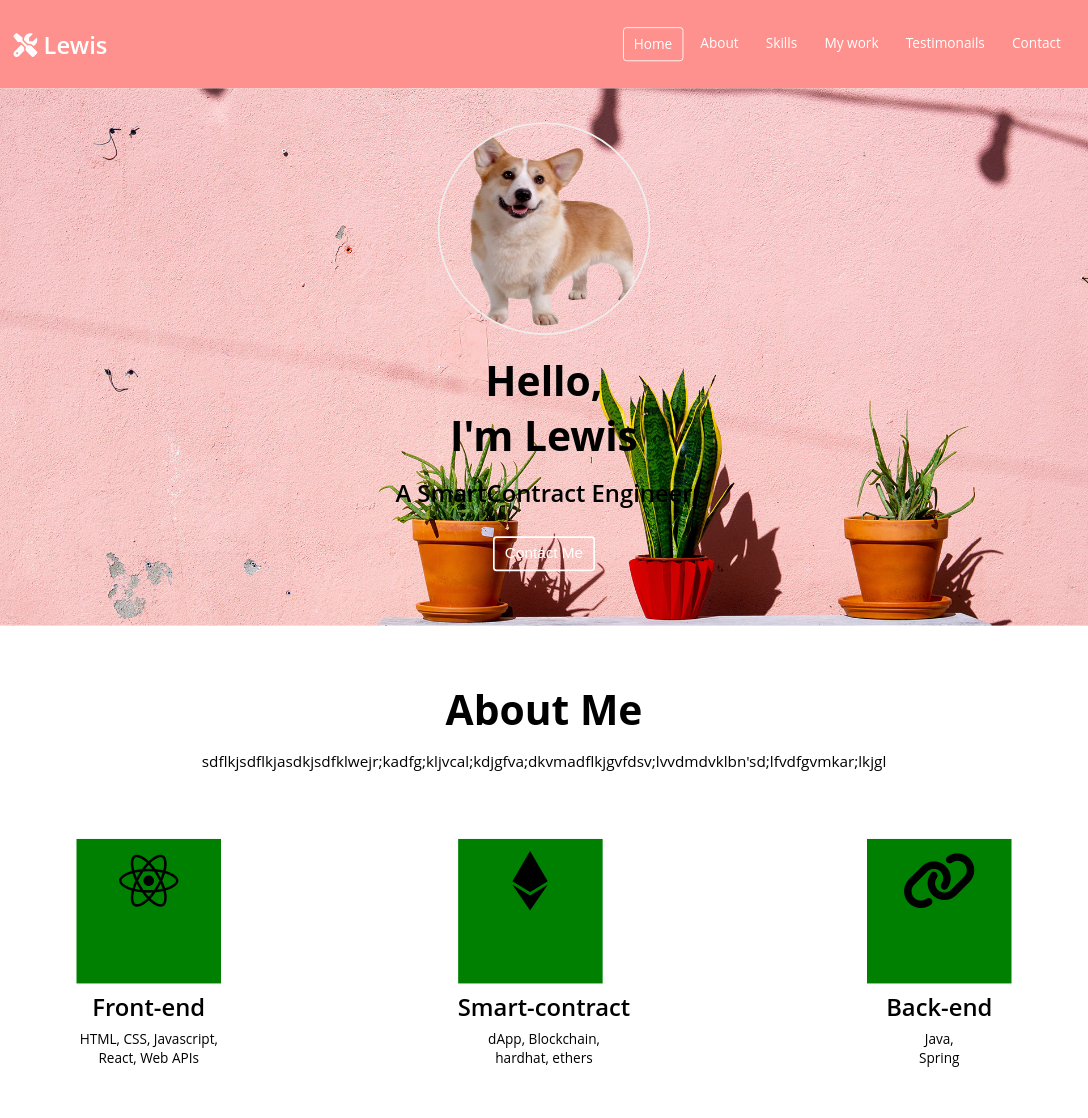
Repository: woojinShim/woojinShim.github.io
Page: index.html
The author's editor kept a copy of each file at every save. The page is drawn from the files as they stood at one save, then again after the next save.
The browser window is 1280 px wide. The pictures show the part of the page from y = 0 to 1315 px (the page is 7310 px tall), at 85% of full size.
A picture or video elsewhere on the page could not be fetched, so the positions and the page height are approximate. Some web libraries are served in a nearby version.

Above is the page before, as saved 2022-03-08 19:07:18.

After the next save:
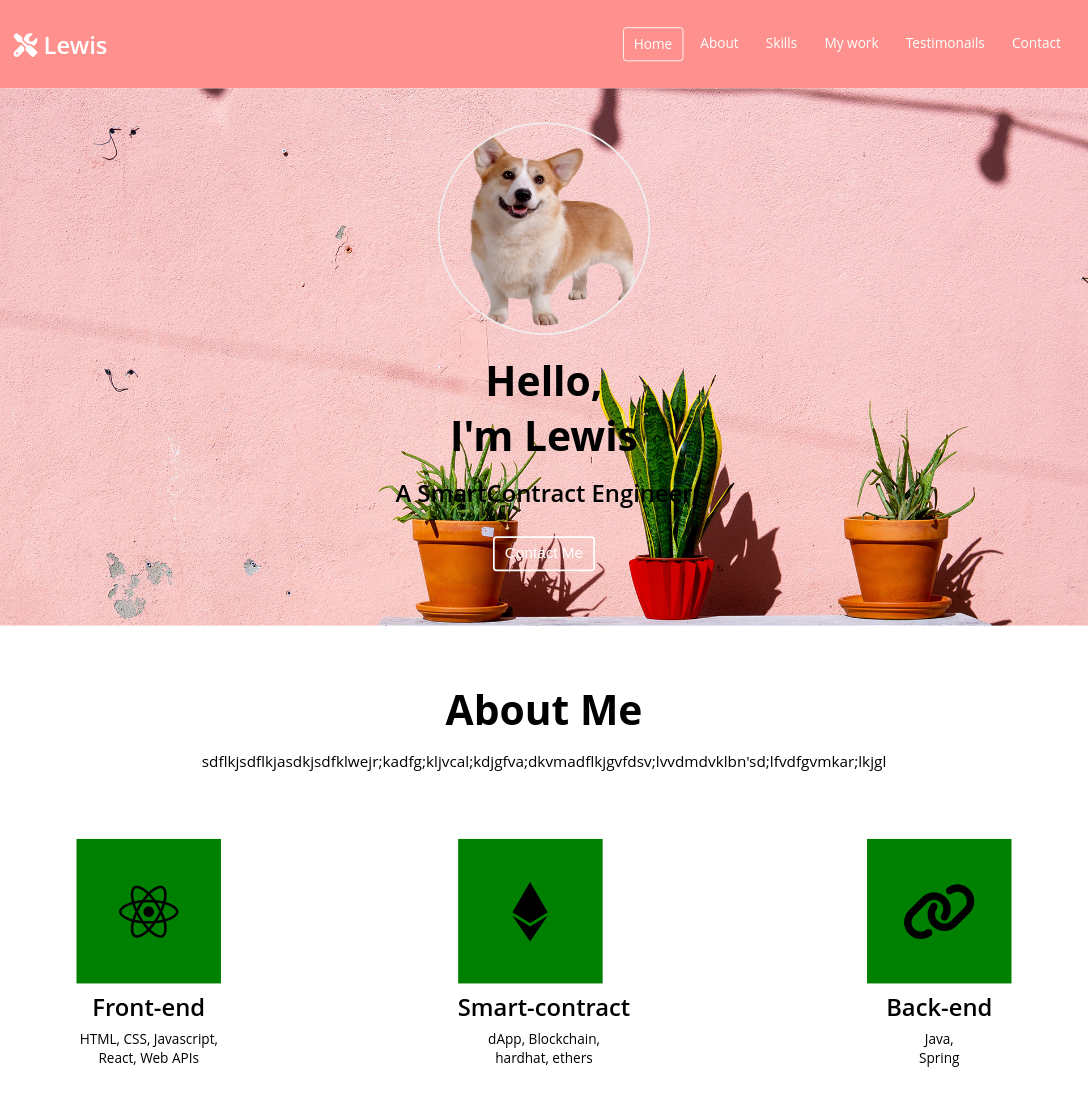
Saved 20 s later.
--- a/style.css
+++ b/style.css
@@ -171,6 +171,7 @@
 .major__icon {
   width: 170px;
   height: 170px;
+  line-height: 170px;
   font-size: 70px;
   background-color: green;
 }
